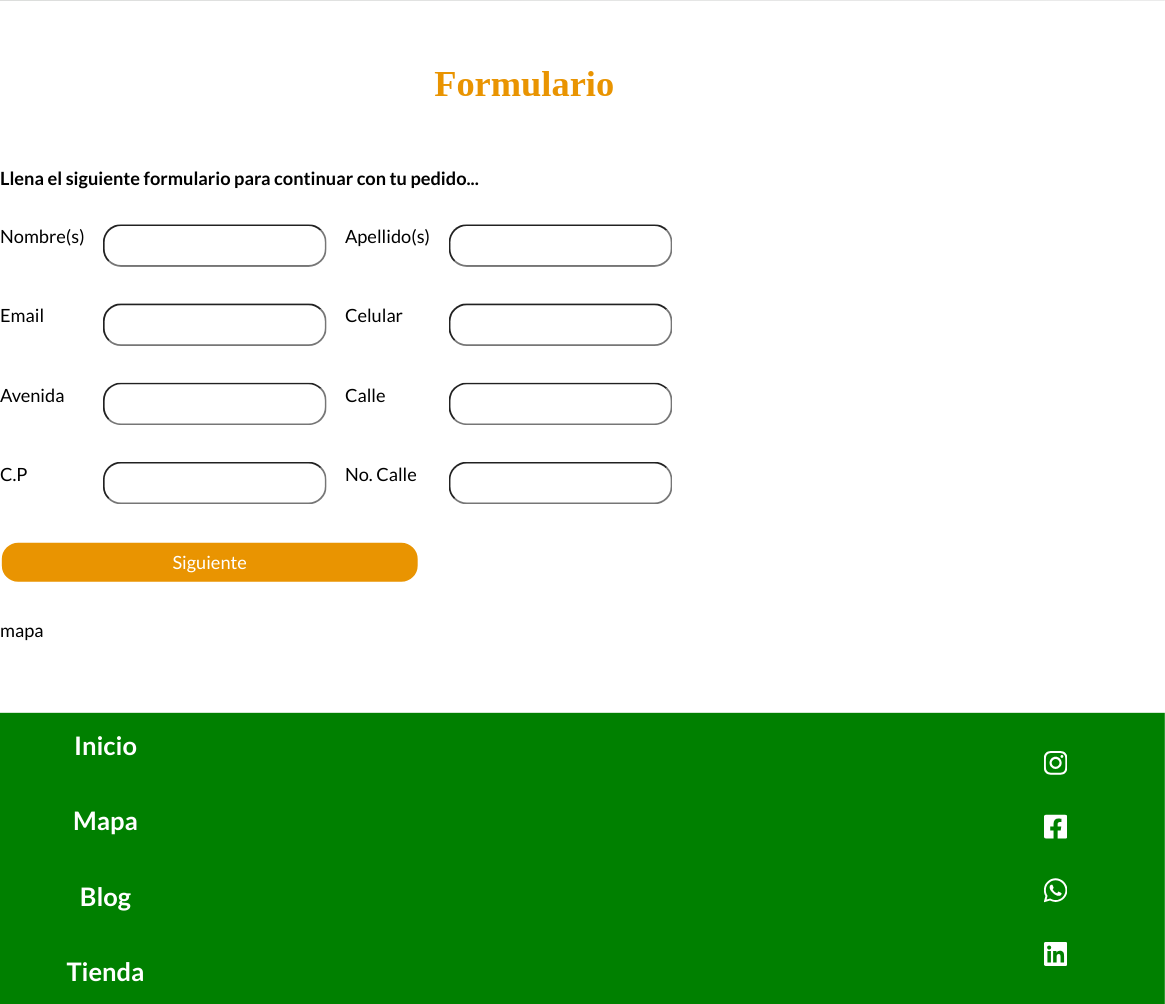
Repository: CarlosCamposRodriguez99/cv-beta-frontend
Page: /mapa
An editor plug-in stored every save of this project. The page is shown before and after a run of saves, followed by the edit.
The browser window is 1280 px wide. The pictures show the part of the page from y = 219 to 1322 px (the page is 1322 px tall), at 91% of full size.
Some web fonts or font styles are not loaded; a fallback is used. The project was rebuilt for these pictures with package versions that can differ from the ones it lists, and the page was loaded fresh each time. The framework's server and built-in components were replaced by stand-ins that run in the browser. Also part of the build but not shown: next.config.js.

Above is the page before, as saved 2022-05-06 18:20:33.

After the next 2 saves:
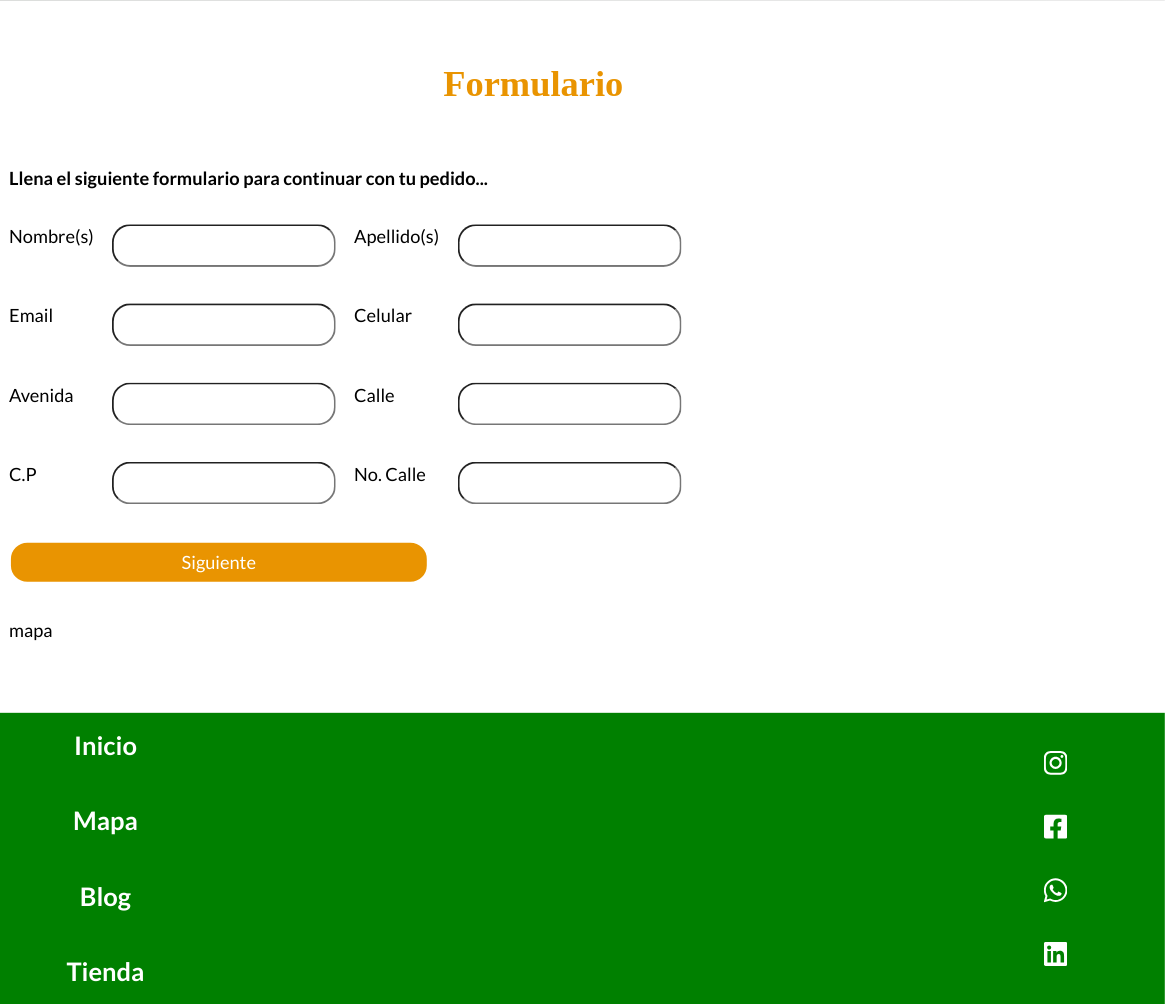
The 2 saves are shown as one change because they came seconds apart.
The last was saved 10 s later.
--- a/styles/Mapa.module.css
+++ b/styles/Mapa.module.css
@@ -26,7 +26,7 @@
 
 .head {
   max-width: 120rem;
-  margin: 2rem 2rem 1rem 0;
+  margin: 2rem 2rem 0 1rem;
   width: 90%;
   display: grid;
 }
